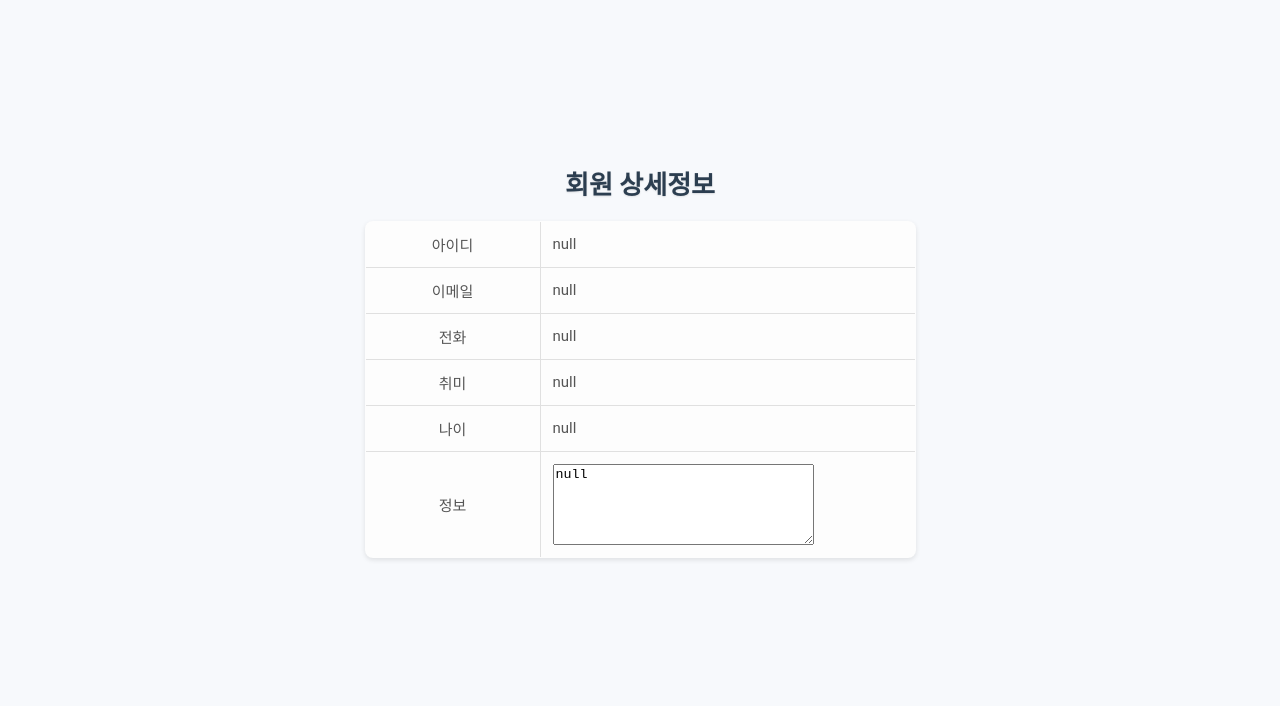
Repository: topblame/Bootcamp
Page: http://localhost/JSP_250408/chapter03/MemberInfo.jsp
An editor plug-in stored every save of this project. The page is shown before and after the next save, followed by the edit.
The browser window is 1280 px wide. The pictures show the whole page.
The page is served by Tomcat 9. Other server files are loaded and not shown. Queries for data that is not in the repository find no rows.

Above is the page before, as saved 2025-06-26 04:14:44.

### WebMvc/JSP_250408/src/main/webapp/chapter03/MemberInfo.jsp
<%@page import="model.MemberDTO"%>
<%@page import="model.MemberDAO"%>
<%@ page language="java" contentType="text/html; charset=UTF-8"
    pageEncoding="UTF-8"%>
<!DOCTYPE html PUBLIC "-//W3C//DTD HTML 4.01 Transitional//EN" "http://www.w3.org/TR/html4/loose.dtd">
<html>
<head>
<meta http-equiv="Content-Type" content="text/html; charset=UTF-8">
<title>상세정보</title>
<link rel ="stylesheet" type "text/css" href = "../css/member.css">
</head>
<body>
<%
request.setCharacterEncoding("UTF-8");

String id = request.getParameter("id");

MemberDAO mdao = new MemberDAO();
MemberDTO bean = mdao.oneSelectMember(id); //오라클 -> 자바(bean)
%>
<center>
      <h2>회원 상세정보</h2>
      <table width="400" border="1">
         <tr height="40">
            <td align="center" width="150">아이디</td>
            <td width="350"><%=bean.getId() %></td>
         </tr>
         <tr height="40">
            <td align="center" width="150">이메일</td>
            <td width="350"><%=bean.getEmail() %></td>
         </tr>
         <tr height="40">
            <td align="center" width="150">전화</td>
            <td width="350"><%=bean.getPhone() %></td>
         </tr>
         <tr height="40">
            <td align="center" width="150">취미</td>
            <td width="350"><%=bean.getHobby() %></td>
         </tr>
         <tr height="40">
            <td align="center" width="150">나이</td>
            <td width="350"><%=bean.getAge() %></td>
         </tr>
         <tr height="40">
            <td align="center" width="150">정보</td>
            <td width="350"><textarea cols="30" rows="5"><%=bean.getInfo() %></textarea> </td>
         </tr>

      </table>
</center>
</body>
</html>

### WebMvc/JSP_250408/src/main/java/model/MemberDAO.java
package model;

import java.sql.Connection;
import java.sql.DriverManager;
import java.sql.PreparedStatement;
import java.sql.ResultSet;
import java.util.Vector;

public class MemberDAO {
	//오라클 접속
	String url="jdbc:oracle:thin:@localhost:1521:xe";
	String user="system";
	String pass="1234";

	Connection con;
	PreparedStatement pstmt; //String -> sql
	ResultSet rs; // 데이터 측 결과값 리턴 받는 객체

	public void getCon() {
		try{
			//1.오라클 드라이버 인식(ojdbc8.jar)
		   Class.forName("oracle.jdbc.driver.OracleDriver");
		   //2.오라클 접속
		   con = DriverManager.getConnection(url,user,pass);
		}catch(Exception e){
			e.printStackTrace();
		}
	}//getCon

	public void insertMember(MemberDTO mDTO) {
		try {
			//연동
			getCon();
			//======================insert===============================
			//String -> SQL
			String sql = "insert into member values(?, ?, ?, ?, ?, ?, ?, ?, ?, ?, ?)";
			pstmt = con.prepareStatement(sql);

			pstmt.setString(1, mDTO.getId());
			pstmt.setString(2, mDTO.getPass1());
			pstmt.setString(3, mDTO.getPass2());
			pstmt.setString(4, mDTO.getEmail());
			pstmt.setString(5, mDTO.getGender());
			pstmt.setString(6, mDTO.getAddress());
			pstmt.setString(7, mDTO.getPhone());
			pstmt.setString(8, mDTO.getHobby());
			pstmt.setString(9, mDTO.getJob());
			pstmt.setString(10, mDTO.getAge());
			pstmt.setString(11, mDTO.getInfo());

			pstmt.executeUpdate();
			con.close();
		} catch (Exception e) {
			e.printStackTrace();
		}
	}//insertmember

	// ------------------------------select(R) ---------------
	public Vector<MemberDTO> allSelectMember() {
		Vector<MemberDTO> v = new Vector<MemberDTO>();
		try {
			getCon();

			String sql = "select * from member";
			pstmt = con.prepareStatement(sql);

			rs = pstmt.executeQuery(); //DB에서 회원정보 모두가져옴

			while(rs.next()) {
				MemberDTO bean = new MemberDTO();
				bean.setId(rs.getString(1)); //오라클 -> memberDTO
				bean.setPass1(rs.getString(2));
				bean.setPass2(rs.getString(3));
				bean.setEmail(rs.getString(4));
				bean.setGender(rs.getString(5));
				bean.setAddress(rs.getString(6));
				bean.setPhone(rs.getString(7));
				bean.setHobby(rs.getString(8));
	            bean.setJob(rs.getString(9));
	            bean.setAge(rs.getString(10));
	            bean.setInfo(rs.getString(11));
				v.add(bean);
			}
			con.close();
		} catch (Exception e) {
			e.printStackTrace();
		}
		return v;
	}

	//-------------------3.select(상세정보) 1 select-------------------------------
	public MemberDTO oneSelectMember(String id) {
		MemberDTO bean = new MemberDTO();
		try {
			getCon();

			String sql = "select * from member where id = ?";
			pstmt = con.prepareStatement(sql);
			pstmt.setString(1, id);
			rs = pstmt.executeQuery(); //DB에서 상세정보 가져옴

			if(rs.next()) {
				bean.setId(rs.getString(1)); //오라클 -> memberDTO
				bean.setPass1(rs.getString(2));
				bean.setPass2(rs.getString(3));
				bean.setEmail(rs.getString(4));
				bean.setGender(rs.getString(5));
				bean.setAddress(rs.getString(6));
				bean.setPhone(rs.getString(7));
				bean.setHobby(rs.getString(8));
	            bean.setJob(rs.getString(9));
	            bean.setAge(rs.getString(10));
	            bean.setInfo(rs.getString(11));
			}
			con.close();
		} catch (Exception e) {
			e.printStackTrace();
		}
		return bean;
	}
}

### WebMvc/JSP_250408/src/main/java/model/MemberDTO.java
package model;

public class MemberDTO {
	private String id;
	private String pass1;
	private String pass2;
	private String email;
	private String gender;
	private String address;
	private String phone;
	private String hobby;
	private String job;
	private String age;
	private String info;
	public String getId() {
		return id;
	}
	public void setId(String id) {
		this.id = id;
	}
	public String getPass1() {
		return pass1;
	}
	public void setPass1(String pass1) {
		this.pass1 = pass1;
	}
	public String getPass2() {
		return pass2;
	}
	public void setPass2(String pass2) {
		this.pass2 = pass2;
	}
	public String getEmail() {
		return email;
	}
	public void setEmail(String email) {
		this.email = email;
	}
	public String getGender() {
		return gender;
	}
	public void setGender(String gender) {
		this.gender = gender;
	}
	public String getAddress() {
		return address;
	}
	public void setAddress(String address) {
		this.address = address;
	}
	public String getPhone() {
		return phone;
	}
	public void setPhone(String phone) {
		this.phone = phone;
	}
	public String getHobby() {
		return hobby;
	}
	public void setHobby(String hobby) {
		this.hobby = hobby;
	}
	public String getJob() {
		return job;
	}
	public void setJob(String job) {
		this.job = job;
	}
	public String getAge() {
		return age;
	}
	public void setAge(String age) {
		this.age = age;
	}
	public String getInfo() {
		return info;
	}
	public void setInfo(String info) {
		this.info = info;
	}


}

### WebMvc/JSP_250408/src/main/webapp/css/member.css
@charset "UTF-8";
/* 공통 설정 */
body {
    font-family: 'Roboto', Arial, sans-serif; /* 세련된 폰트 추가 */
    background-color: #f7f9fc; /* 부드러운 배경색 */
    margin: 0;
    padding: 0;
    display: flex;
    justify-content: center;
    align-items: center;
    min-height: 100vh;
    color: #333;
}

/* 컨테이너 */
.center {
    text-align: center;
    width: 100%;
    max-width: 500px; /* 중앙 콘텐츠 최대 너비 */
    margin: 0 auto;
    padding: 20px;
    background-color: #ffffff; /* 카드 스타일 */
    border-radius: 10px;
    box-shadow: 0 4px 10px rgba(0, 0, 0, 0.1); /* 부드러운 그림자 */
}

/* 제목 스타일 */
h2 {
    font-size: 26px;
    margin-bottom: 20px;
    color: #2c3e50; /* 세련된 색상 */
    text-shadow: 0 1px 2px rgba(0, 0, 0, 0.1);
}

/* 테이블 스타일 */
table {
    border-collapse: collapse;
    width: 100%;
    margin: 20px 0;
    background-color: #fdfdfd; /* 테이블 배경 */
    border: 1px solid #e0e0e0; /* 연한 테두리 */
    border-radius: 8px;
    overflow: hidden;
    box-shadow: 0 2px 5px rgba(0, 0, 0, 0.1); /* 부드러운 그림자 */
}

/* 테이블 셀 스타일 */
td {
    padding: 12px;
    font-size: 15px;
    color: #555; /* 중간 밝기의 텍스트 색상 */
    border-bottom: 1px solid #e0e0e0; /* 행 구분선 */
}

td.align-center {
    text-align: center;
}

/* 마지막 행 구분선 제거 */
table tr:last-child td {
    border-bottom: none;
}

/* 입력 필드 */
input[type="text"],
input[type="password"] {
    width: calc(100% - 20px);
    padding: 10px 12px;
    font-size: 16px;
    border: 1px solid #ccc;
    border-radius: 6px;
    box-sizing: border-box;
    margin-bottom: 15px;
    transition: border-color 0.3s ease, box-shadow 0.3s ease;
}

input[type="text"]:focus,
input[type="password"]:focus {
    border-color: #4CAF50;
    box-shadow: 0 0 5px rgba(76, 175, 80, 0.5);
    outline: none;
}

/* 버튼 */
input[type="submit"],
input[type="button"],
input[type="reset"] {
    width: 100%;
    padding: 12px;
    font-size: 16px;
    color: white;
    background-color: #4CAF50;
    border: none;
    border-radius: 6px;
    cursor: pointer;
    transition: background-color 0.3s ease, transform 0.2s ease;
}

/* 버튼 hover 효과 */
input[type="submit"]:hover,
input[type="button"]:hover,
input[type="reset"]:hover {
    background-color: #45a049;
    transform: translateY(-2px); /* 살짝 들어올림 효과 */
}

/* 버튼 active 효과 */
input[type="submit"]:active,
input[type="button"]:active,
input[type="reset"]:active {
    background-color: #3e8e41;
    transform: translateY(0); /* 클릭 시 원래 위치로 복귀 */
}

/* 숨겨진 필드 */
input[type="hidden"] {
    display: none;
}

/* 오류 메시지 */
.message {
    color: #e74c3c;
    font-weight: bold;
    font-size: 14px;
    margin-top: 10px;
    text-align: center;
}

/* 반응형 처리 */
@media (max-width: 768px) {
    .center {
        padding: 15px;
        width: 90%;
    }

    h2 {
        font-size: 22px;
    }

    table td {
        font-size: 14px;
    }

    input[type="submit"],
    input[type="button"],
    input[type="reset"] {
        font-size: 14px;
        padding: 10px;
    }
}

After the next save:
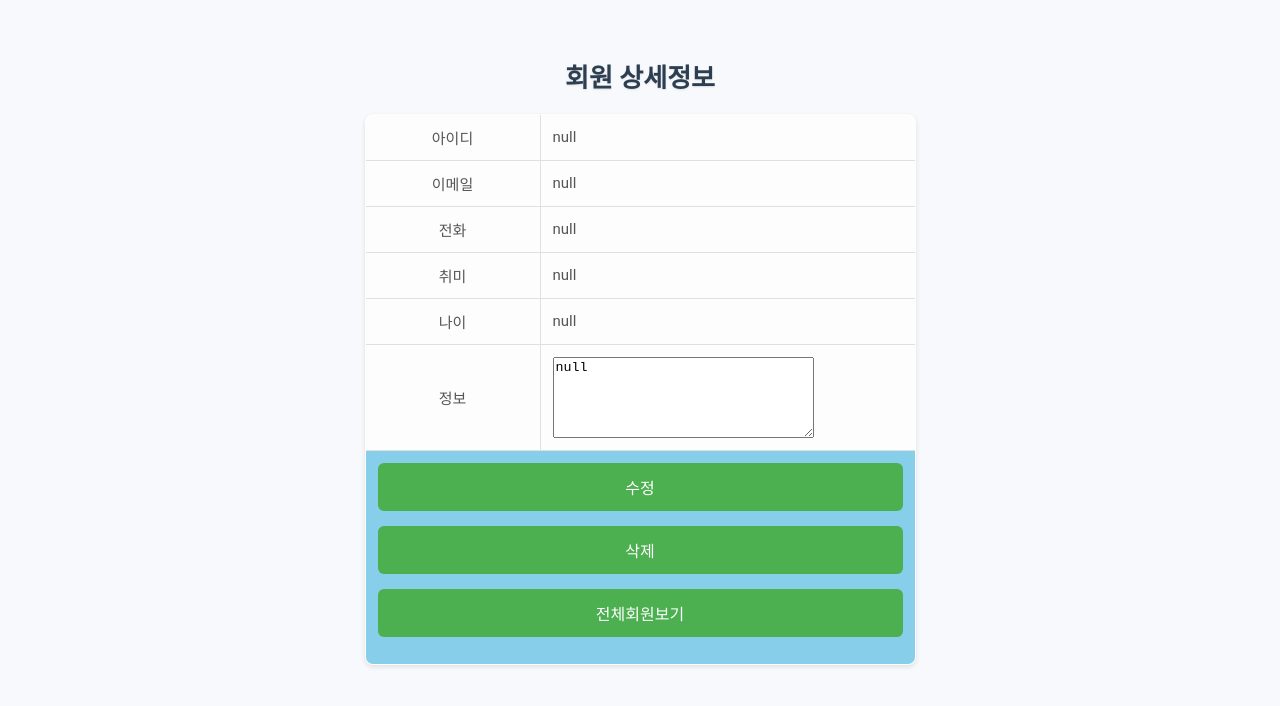
Saved 21 s later.
--- a/WebMvc/JSP_250408/src/main/webapp/chapter03/MemberInfo.jsp
+++ b/WebMvc/JSP_250408/src/main/webapp/chapter03/MemberInfo.jsp
@@ -45,7 +45,16 @@ MemberDTO bean = mdao.oneSelectMember(id); //오라클 -> 자바(bean)
             <td align="center" width="150">정보</td>
             <td width="350"><textarea cols="30" rows="5"><%=bean.getInfo() %></textarea> </td>
          </tr>
-
+         <tr height="40">
+         	<td align="center" colspan="2" bgcolor="skyblue">
+         		<input type="button" value = "수정" onclick="location.href = 'MemberUpdate.jsp?id=<%=bean.getId()%>'"/>
+         		<p></p>
+         		<input type="button" value = "삭제" onclick="location.href = 'MemberDelete.jsp?id=<%=bean.getId()%>'"/>
+         		<p></p>
+         		<input type="button" value = "전체회원보기" onclick="location.href = 'MemberList.jsp?id=<%=bean.getId()%>'"/>
+         		<p></p>
+         	</td>
+         </tr>
       </table>
 </center>
 </body>
